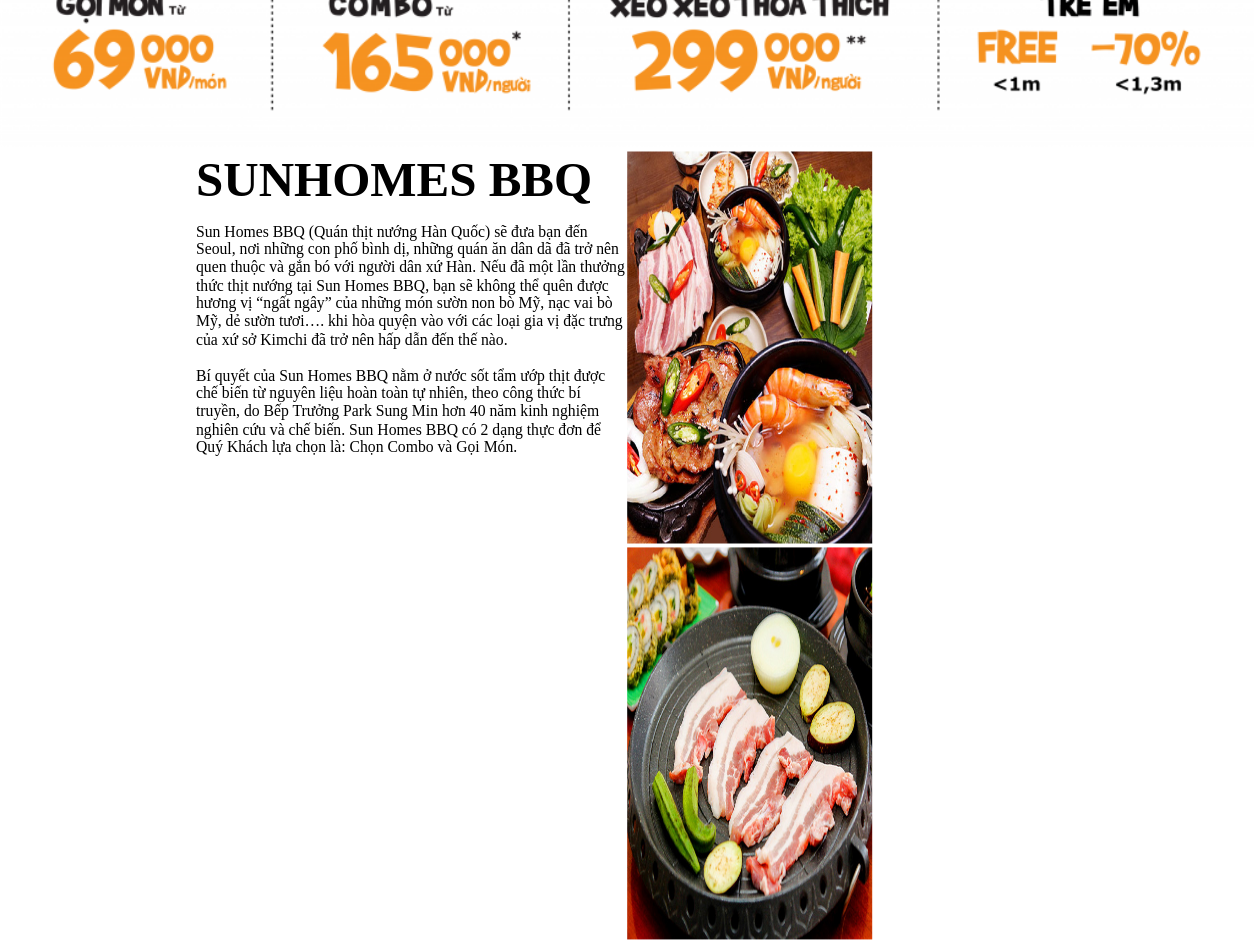
Repository: QUANGTHAI2003/sunhomesbbq
Page: index.html
The author's editor kept a copy of each file at every save. The page is drawn from the files as they stood at one save, then again after the next save.
The browser window is 1280 px wide. The pictures show the part of the page from y = 1020 to 1984 px (the page is 1984 px tall), at 98% of full size.
A picture or video elsewhere on the page could not be fetched, so the positions and the page height are approximate.

Above is the page before, as saved 2022-02-10 20:26:47.

### index.html
<!DOCTYPE html>
<html lang="en">
<head>
    <meta charset="UTF-8">
    <meta http-equiv="X-UA-Compatible" content="IE=edge">
    <meta name="viewport" content="width=device-width, initial-scale=1.0">
    <link rel="stylesheet" href="https://cdnjs.cloudflare.com/ajax/libs/normalize/8.0.1/normalize.min.css">
    <link rel="stylesheet" href="style.css">
    <link rel="stylesheet" href="./assets/fonts/fontawesome-free-5.15.4-web/css/all.min.css">
    <link href="https://fonts.googleapis.com/css2?family=Roboto:wght@300;500;700&display=swap" rel="stylesheet">
    <title>Assignment</title>
</head>
<body>
    <div class="container">
            <div class="header">
                <a href="#" id="logo"><img src="img/logo-Sunhomes-BBQ.png" alt="Logo" width="350"></a>
                <ul class="nav">
                    <li><a href="TrangChu.html">Trang chủ</a></li>
                    <li><a href="#">Giới thiệu</a></li>
                    <li><a href="#">Đặt bàn</a></li>
                    <li><a href="#">Thực đơn</a></li>
                    <li><a href="#">Tuyển dụng</a></li>
                    <li><a href="#">Tin tức</a></li>
                    <li><a href="#">Liên hệ</a></li>
                    <li><a href="#">Hotline: 0774 *** ***</a></li>
                </ul>
            </div>

            <div class="content">
                <img src="./img/SLIDER2-1024x509.jpg" alt="" width="100%">
                <img src="./img/bang-gia-01-1024x165.png" alt="" width="100%">
                <div class="content-section">
                    <div class="section-left">
                        <h2 class="section-heading">SUNHOMES BBQ</h2>
                        <p class="section-content">
                            Sun Homes BBQ (Quán thịt nướng Hàn Quốc) sẽ đưa bạn đến Seoul, nơi những con phố bình dị, những quán ăn dân dã đã trở
                            nên quen thuộc và gắn bó với người dân xứ Hàn. Nếu đã một lần thưởng thức thịt nướng tại Sun Homes BBQ, bạn sẽ không thể
                            quên được hương vị “ngất ngây” của những món sườn non bò Mỹ, nạc vai bò Mỹ, dẻ sườn tươi…. khi hòa quyện vào với các
                            loại gia vị đặc trưng của xứ sở Kimchi đã trở nên hấp dẫn đến thế nào.
                            <br> <br>
                            Bí quyết của Sun Homes BBQ nằm ở nước sốt tẩm ướp thịt được chế biến từ nguyên liệu hoàn toàn tự nhiên, theo công thức
                            bí truyền, do Bếp Trưởng Park Sung Min hơn 40 năm kinh nghiệm nghiên cứu và chế biến. Sun Homes BBQ có 2 dạng thực đơn
                            để Quý Khách lựa chọn là: Chọn Combo và Gọi Món.
                        </p>
                    </div>
                    <div class="section-images">
                        <img src="./img/sunhomes-bbq-img1.jpg" alt="">
                        <img src="./img/sunhomes-bbq-img2.jpg" alt="">
                    </div>
                </div>
            </div>

            <div class="footer">

            </div>
    </div>
</body>
</html>

### style.css
* {
    margin: 0;
    padding: 0;
    box-sizing: border-box;
}
.header {
    height: 100px;
    background-color: #000;
    position: fixed;
    top: 0;
    right: 0;
    left: 0;
}

.header img {
    padding: 8px;
}
/* Navigation bar */
.nav {
    max-width: 90%;
    display: flex;
}

#logo {
    float: left;
    padding: 0 100px;
}
.nav li {
    list-style: none;
    line-height: 100px;
    font-weight: 500;
}

.nav li a {
    color: #c6c6c6;
    padding: 6px 15px;
    text-decoration: none;
}

.nav li:hover a {
    color: #f3e385;
    font-weight: bold;
}

.nav li:last-child a {
    border: 1px solid #c6c6c6;
    border-radius: 5px;
    text-transform: none;
}

.nav li:last-child a:hover {
    background-color: #f3e385;
    color: #000;
}
/* Content */
.content {
    height: 1000px;
}

.content-section {
    display: flex;
    padding: 0 200px;
    background-size: cover;
    background-position: 50% 50%;
}

.section-left {
    flex: 1;
}

.section-left .section-heading {
    font-size: 50px;
    margin: 0 0 15px;
    font-family: Berkshire Swash;
}

.section-left .section-content {
    font-size: 16px;
}
.section-images {
    flex: 1;
}

.section-images img {
    width: 250px;
    height: 400px;
    flex-basis: 25%;
}

After the next save:
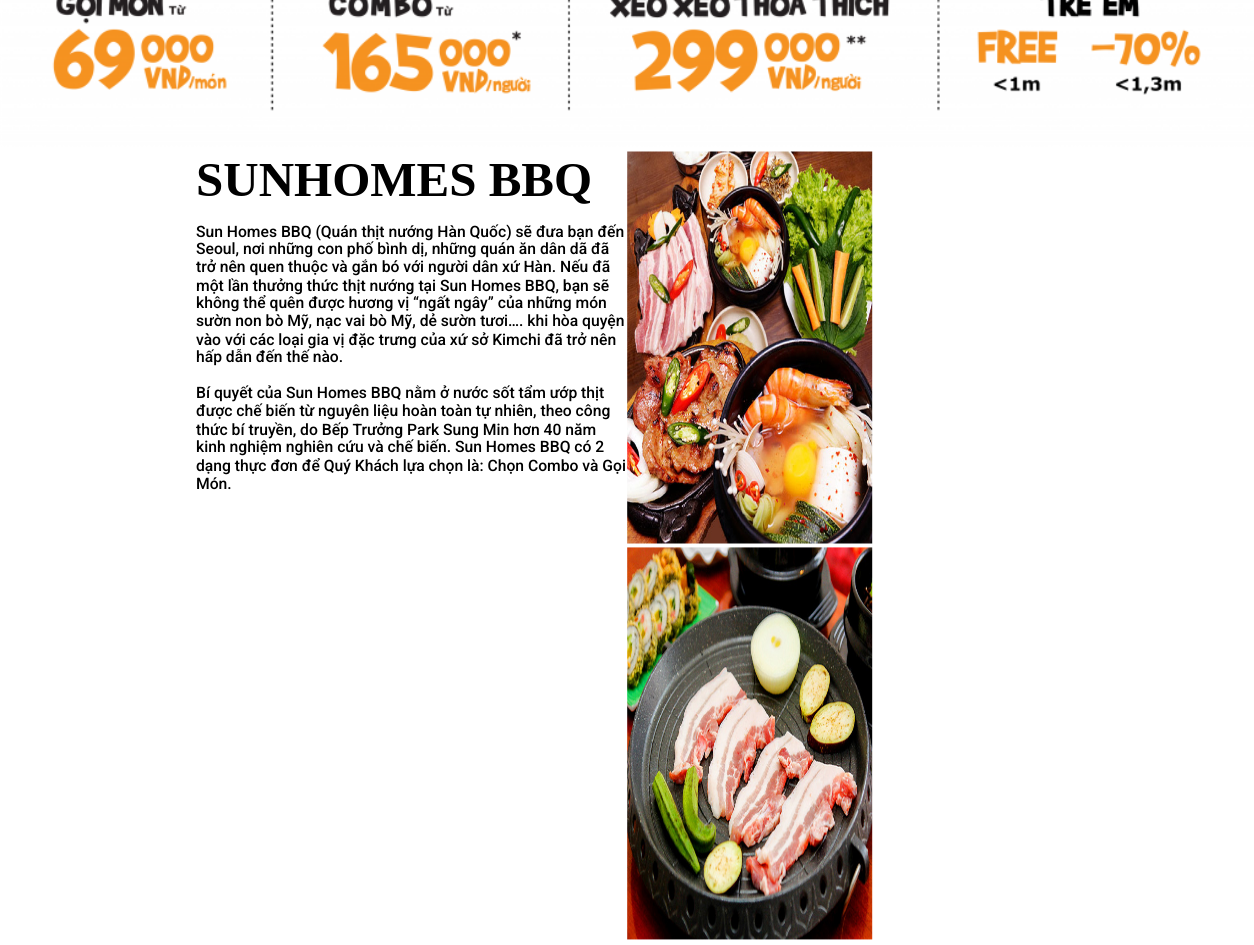
Saved 12 s later.
--- a/style.css
+++ b/style.css
@@ -62,6 +62,7 @@
     padding: 0 200px;
     background-size: cover;
     background-position: 50% 50%;
+    font-family: Roboto;
 }
 
 .section-left {

After the save that followed:
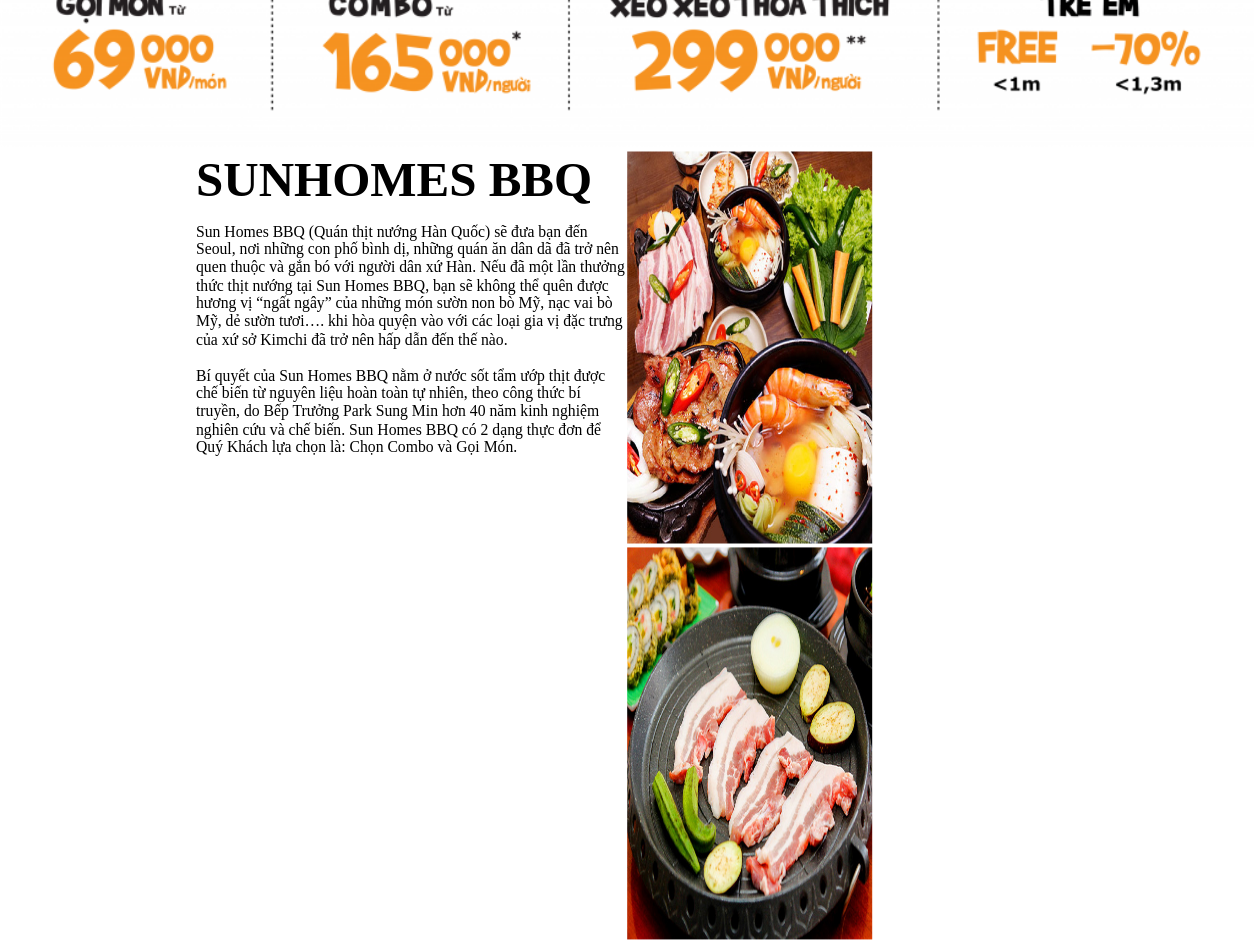
Saved 13 s later.
--- a/style.css
+++ b/style.css
@@ -62,7 +62,6 @@
     padding: 0 200px;
     background-size: cover;
     background-position: 50% 50%;
-    font-family: Roboto;
 }
 
 .section-left {
